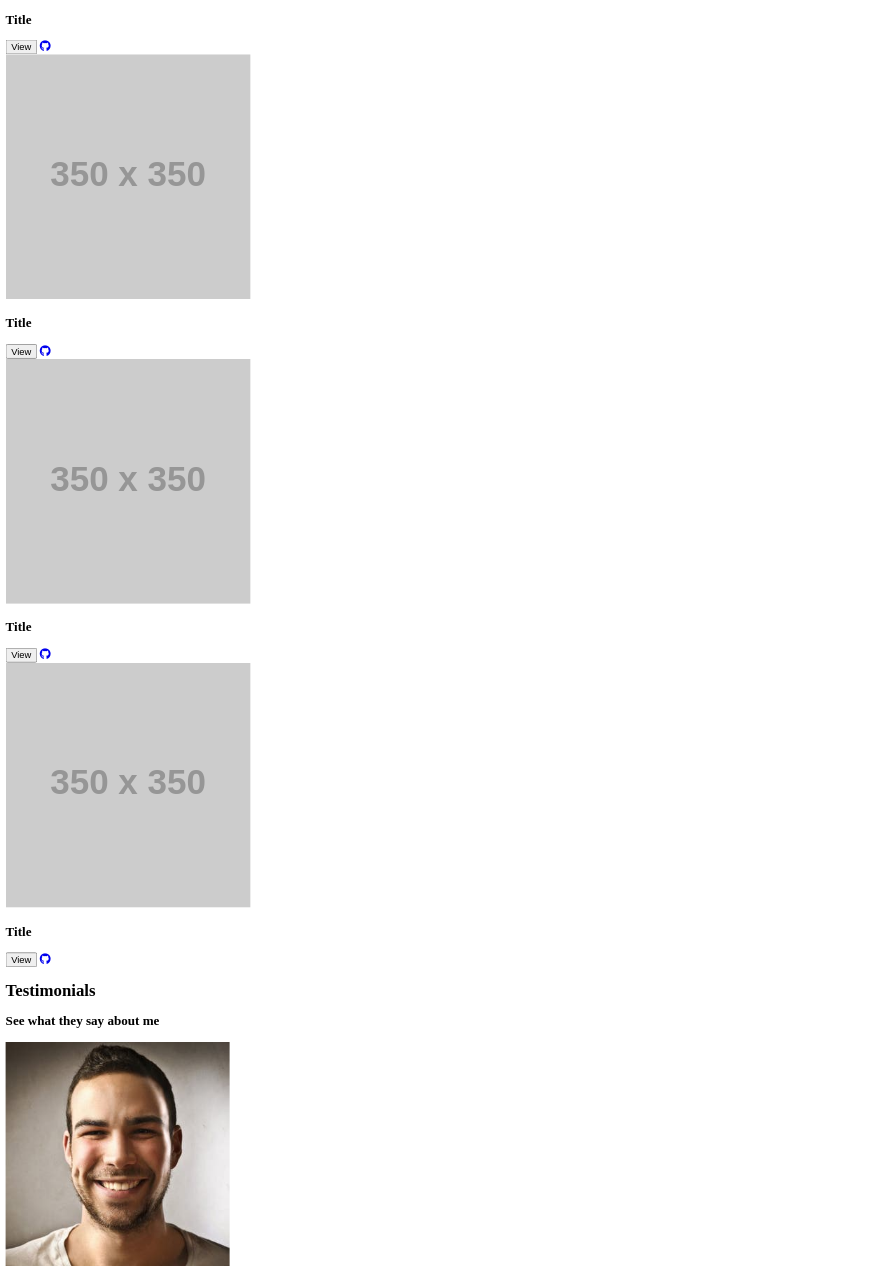
Repository: pjtae0328/Portfolio
Page: index.html
An editor plug-in stored every save of this project. The page is shown before and after the next save, followed by the edit.
The browser window is 1280 px wide. The pictures show the part of the page from y = 3692 to 5612 px (the page is 5512 px tall before and 5612 px after), at 70% of full size.
Some web libraries are served in a nearby version.

Above is the page before, as saved 2021-08-27 21:39:58.

After the next save:
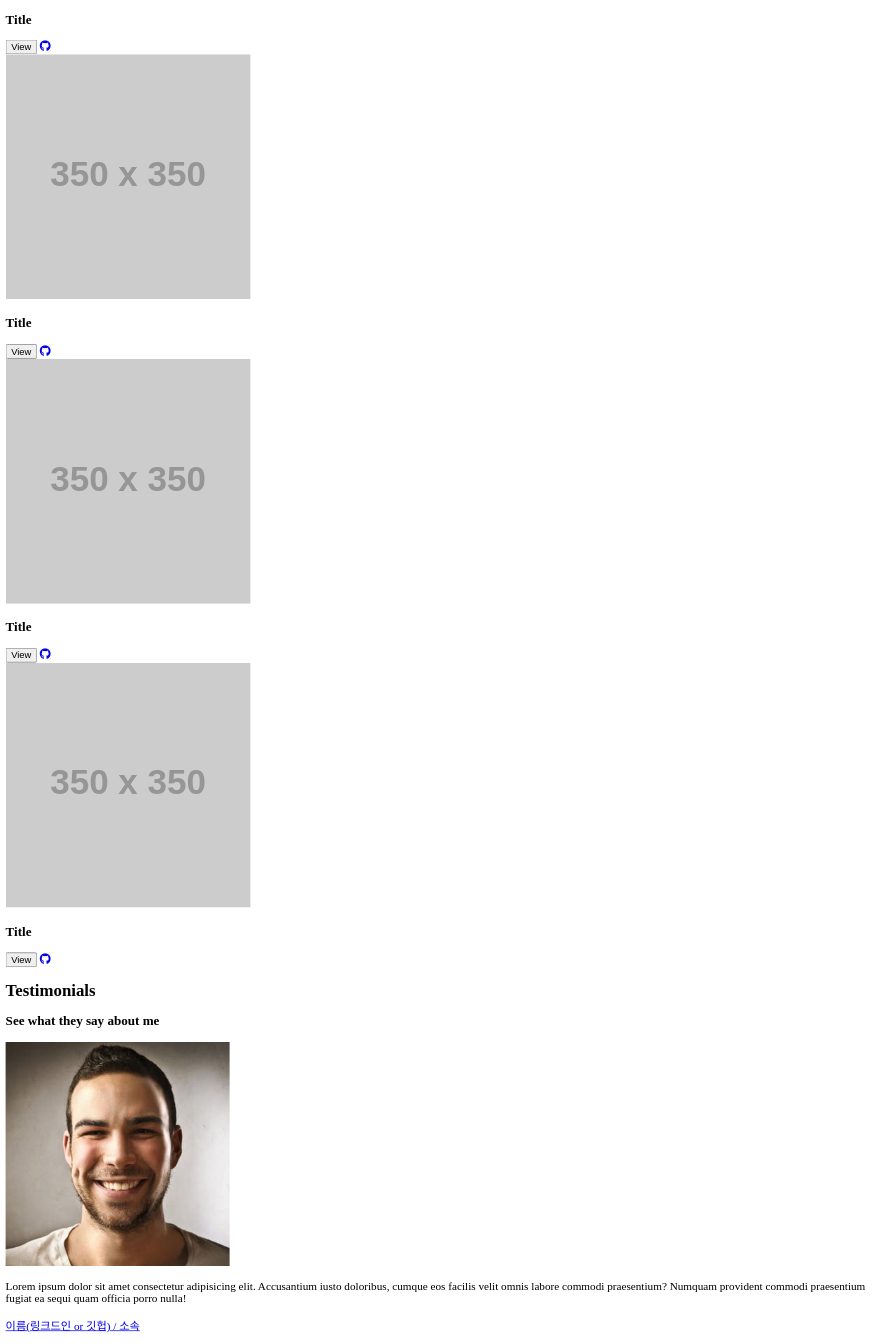
Saved 109 s later.
--- a/index.html
+++ b/index.html
@@ -223,8 +223,13 @@
             <img
                 src="imgs/testimonial/people1.jpg"
                 alt="People"
-                class="testimonial__avatar">
-            </div>
+                class="testimonial__avatar"
+            >
+            <div class="testimonial__speech-bubble">
+                <p>Lorem ipsum dolor sit amet consectetur adipisicing elit. Accusantium iusto doloribus, cumque eos facilis velit omnis labore commodi praesentium? Numquam provident commodi praesentium fugiat ea sequi quam officia porro nulla!</p>
+                <p class="testimonial__name"><a href="#">이름(링크드인 or 깃헙) / 소속</a></p>
+            </div>
+        </div>
     </div>
 </section>
 
